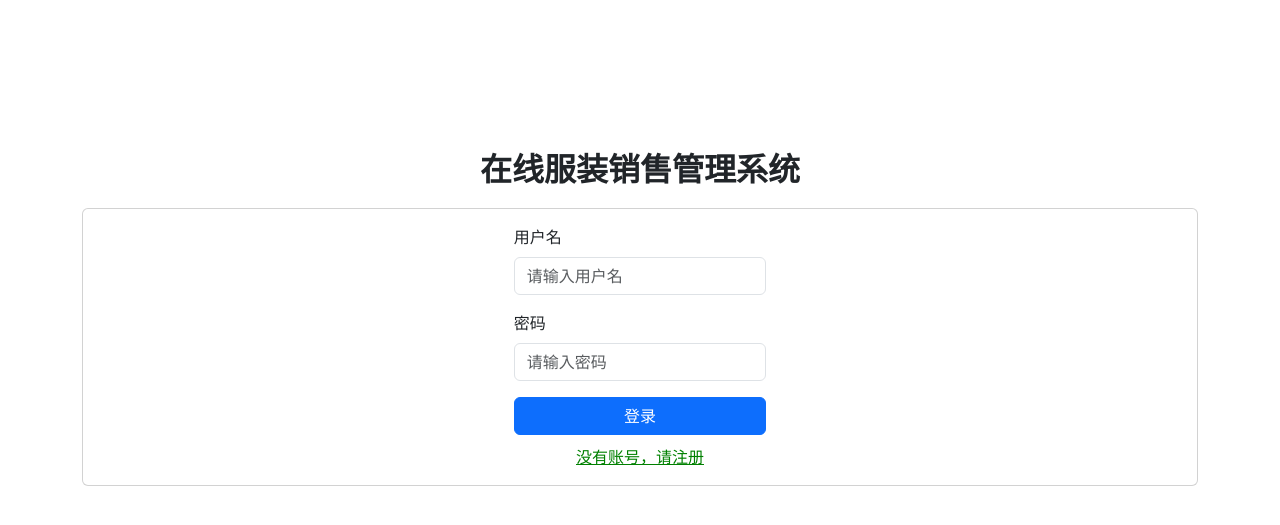
Repository: squawktop/CFS
Page: / (app in web/)
An editor plug-in stored every save of this project. The page is shown before and after a run of saves, followed by the edit.
The browser window is 1280 px wide. The pictures show the whole page.
The pointer rests on the first visible `.tip`.
The project was rebuilt for these pictures with package versions that can differ from the ones it lists, and the page was loaded fresh each time. Also part of the build but not shown: web/vue.config.js, web/src/views/RegisterView.vue, web/src/components/NavBar.vue, web/src/views/HomeView.vue, web/src/views/UsersManageView.vue, web/src/views/PersonalCenterView.vue, web/src/views/GoodsManageView.vue, web/src/views/OrdersManageView.vue and 1 more.

Above is the page before, as saved 2024-03-23 18:06:59.

After the next 2 saves:
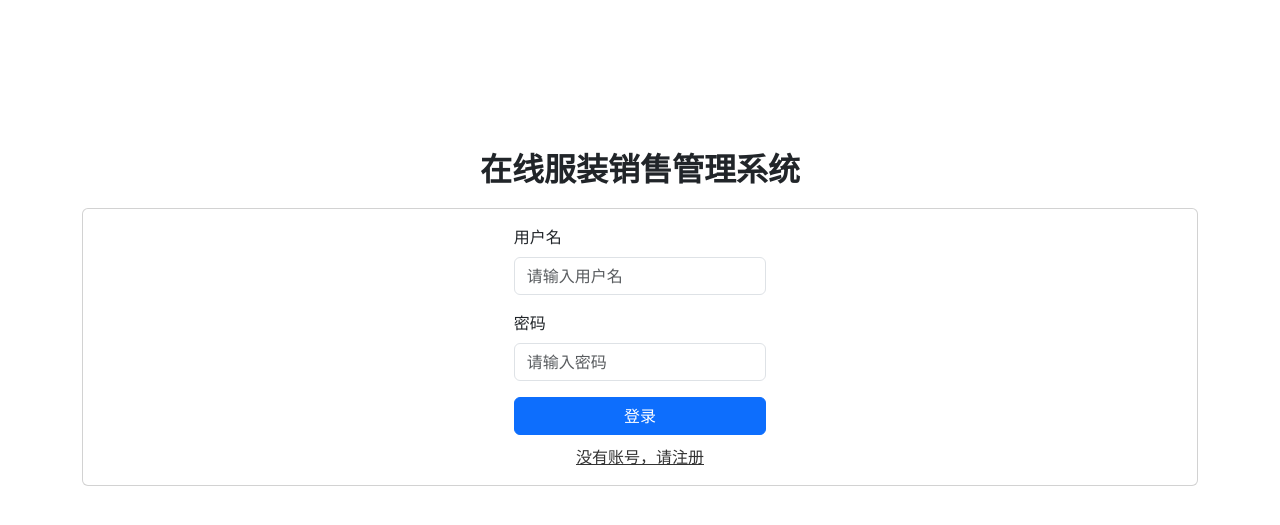
The 2 saves are shown as one change because they came seconds apart.
The last was saved 35 s later.
--- a/web/src/views/LoginView.vue
+++ b/web/src/views/LoginView.vue
@@ -122,7 +122,7 @@ div.error-message {
 }
 .tip:hover{
     cursor: pointer;
-    color:green ;
+    color:#333333 ;
     text-decoration:underline;
 }
 </style>
